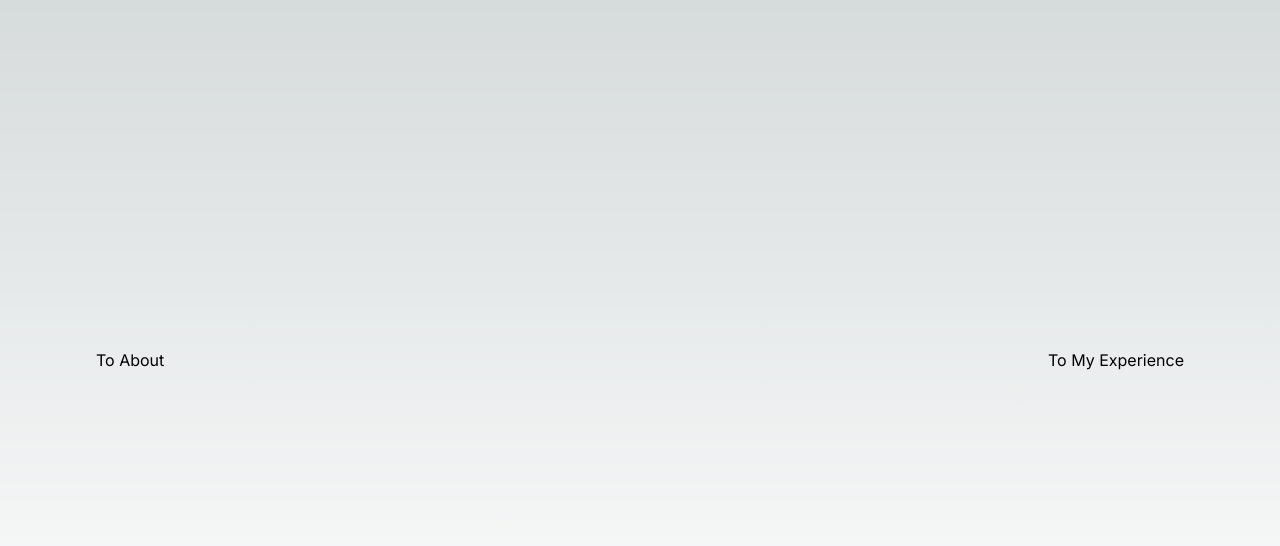
Repository: ShellyDeng08/learn-nextjs-course
Page: /
The author's editor kept a copy of each file at every save. The page is drawn from the files as they stood at one save, then again after the next save.
The browser window is 1280 px wide. The pictures show the whole page.
The project was rebuilt for these pictures with package versions that can differ from the ones it lists, and the page was loaded fresh each time. The framework's server and built-in components were replaced by stand-ins that run in the browser. Also part of the build but not shown: next.config.js.

Above is the page before, as saved 2023-12-21 11:24:07.

### src/app/page.tsx
import Image from 'next/image'
import Link from 'next/link'

export default function Home() {
  return (
    <main className="flex min-h-screen items-center justify-between p-24">
      <Link href={'/about'}>To About</Link>
      <Link href={'/about/experience'}>To My Experience</Link>
    </main>
  )
}

Loaded but not shown: src/app/layout.tsx (common file); src/app/globals.css (common file); tailwind.config.ts (common file)

After the next save:
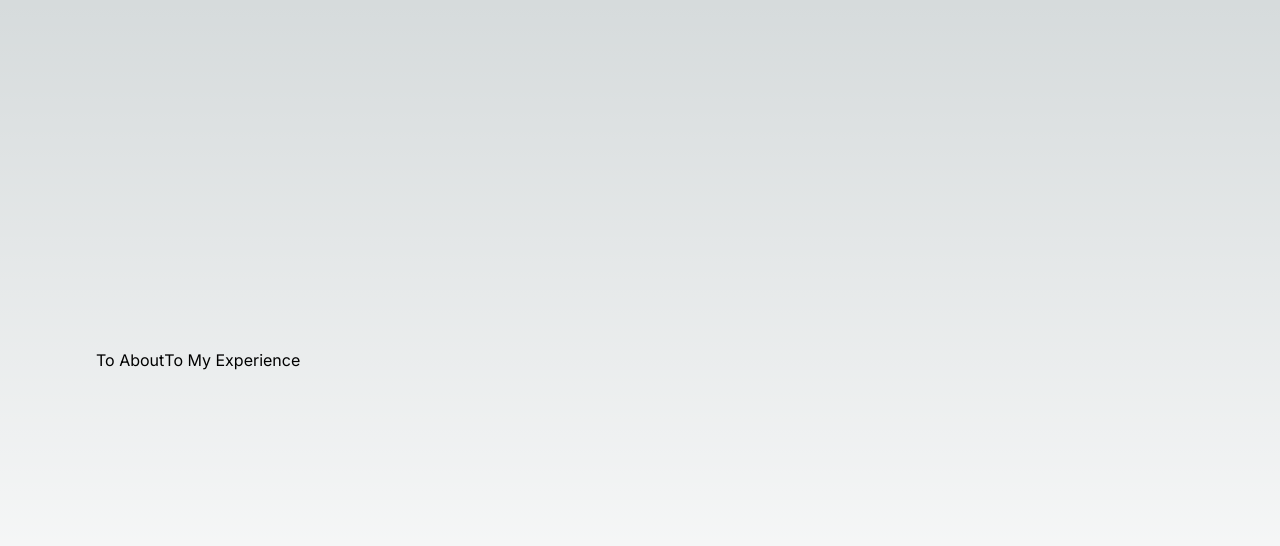
Saved 10 s later.
--- a/src/app/page.tsx
+++ b/src/app/page.tsx
@@ -3,7 +3,7 @@ import Link from 'next/link'
 
 export default function Home() {
   return (
-    <main className="flex min-h-screen items-center justify-between p-24">
+    <main className="flex min-h-screen items-center center p-24">
       <Link href={'/about'}>To About</Link>
       <Link href={'/about/experience'}>To My Experience</Link>
     </main>
